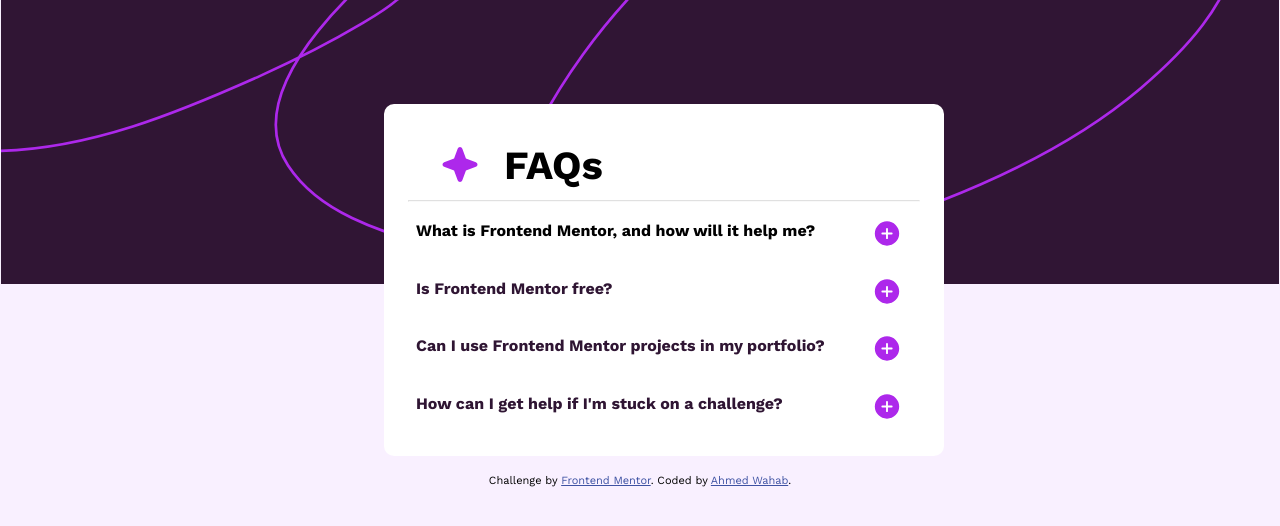
Repository: imokha01/accordion-main
Page: index.html
The author's editor kept a copy of each file at every save. The page is drawn from the files as they stood at one save, then again after the next save.
The browser window is 1280 px wide. The pictures show the whole page.
The pointer rests on the first visible `.title p`.

Above is the page before, as saved 2023-12-27 23:54:35.

### index.html
<!DOCTYPE html>
<html lang="en">
  <head>
    <meta charset="UTF-8" />
    <meta name="viewport" content="width=device-width, initial-scale=1.0" />
    <!-- displays site properly based on user's device -->
    <link rel="stylesheet" href="./index.css">
    <link
      rel="stylesheet"
      href="https://cdnjs.cloudflare.com/ajax/libs/font-awesome/6.5.1/css/all.min.css"
      integrity="sha512-DTOQO9RWCH3ppGqcWaEA1BIZOC6xxalwEsw9c2QQeAIftl+Vegovlnee1c9QX4TctnWMn13TZye+giMm8e2LwA=="
      crossorigin="anonymous"
      referrerpolicy="no-referrer"
    />
    <link
      rel="icon"
      type="image/png"
      sizes="32x32"
      href="./assets/images/favicon-32x32.png"
    />
    <link rel="preconnect" href="https://fonts.googleapis.com" />
    <link rel="preconnect" href="https://fonts.gstatic.com" crossorigin />
    <link
      href="https://fonts.googleapis.com/css2?family=Work+Sans:wght@400;600;700&display=swap"
      rel="stylesheet"
    />
    <title>Frontend Mentor | FAQ accordion</title>
    <!-- Feel free to remove these styles or customise in your own stylesheet 👍 -->
    <style>
      .attribution {
        font-size: 11px;
        text-align: center;
        margin-top: 1rem;
      }
      .attribution a {
        color: hsl(228, 45%, 44%);
      }
    </style>
  </head>
  <body>
    <div class="container">
      <div class="wrapper">
        <!-- first div content -->
        <main>
          <div id="header">
            <img src="./assets/images/icon-star.svg" alt="star-icon">
            <p id="headerpara">FAQs</p>
          </div>
          <hr>
          <div class="Div" id="div1">
            <div class="title">
              <p class="question">What is Frontend Mentor, and how will it help me?</p>
            </div>
            <div class="para">
              <p id="para1">
                Frontend Mentor offers realistic coding challenges to help developers
                improve their frontend coding skills with projects in HTML, CSS, and
                JavaScript. It's suitable for all levels and ideal for portfolio
                building.
              </p>
            </div>
          </div>
          <!-- second div content -->
          <div class="Div" id="div2">
            <div class="title">
              <p class="question">Is Frontend Mentor free?</p>
            </div>
            <div class="para">
              <p id="para2">
                Yes, Frontend Mentor offers both free and premium coding challenges,
                with the free option providing access to a range of projects suitable
                for all skill levels.
              </p>
            </div>
          </div>
          <!-- third div content -->
          <div class="Div" id="div3">
            <div class="title">
              <p class="question">Can I use Frontend Mentor projects in my portfolio?</p>
            </div>
            <div class="para">
              <p id="para3">
                Yes, you can use projects completed on Frontend Mentor in your
                portfolio. It's an excellent way to showcase your skills to potential
                employers!
              </p>
            </div>
          </div>
          <!-- fourth div content -->
          <div class="Div" id="div4">
            <div class="title">
              <p class="question">How can I get help if I'm stuck on a challenge?</p>
            </div>
            <div class="para">
              <p id="para4">
                The best place to get help is inside Frontend Mentor's Discord
                community. There's a help channel where you can ask questions and seek
                support from other community members.
              </p>
            </div>
          </div>
        </main>
        <!-- footer div -->
        <div class="attribution">
          Challenge by
          <a href="https://www.frontendmentor.io?ref=challenge" target="_blank"
            >Frontend Mentor</a
          >. Coded by <a href="#">Ahmed Wahab</a>.
        </div>
      </div>
    </div>
    <script src="./index.js"></script>
  </body>
</html>

### index.css
:root {
    --White: hsl(0, 0%, 100%);
    --lightPink: hsl(275, 100%, 97%);
    --grayishPurple: hsl(292, 16%, 49%);
    --darkPurple:  hsl(292, 42%, 14%);
    --workSans: 'Work Sans', sans-serif;
}

* {
    margin: 0;
    padding:0;
    box-sizing: border-box;
}

body {
    font-size: 16px;
    font-family: var(--workSans);
    background-color: var(--lightPink);
    position: relative;
    line-height: 1.6;
}

.container  {
    background-image: url("./assets/images/background-pattern-desktop.svg");
    background-repeat: no-repeat;
    background-size: contain;
    display: flex;
    flex-direction: column;
    justify-content: center;
    align-items: center;
    overflow: hidden;
}

hr {
    background-color: var(--lightPink);
    margin-top: .7rem;
    opacity: 0.3;
}

.wrapper {
    width: 35rem;
    padding: 1.5rem;
    left: 30rem;
    border-radius: 10px;
    transition: height 0.5s ease-in 1ms;
}

main  {
    background-color: #fff;
    border-radius: 10px;
    padding: inherit;
    width: inherit;
    overflow: hidden;
    margin-top: 5rem;
    transition: height 0.5s ease-in 1ms;
    overflow: hidden;
}

#headerpara {
    font-size: 2.5rem;
    font-weight: 700;
    margin : -.6rem 1.5rem;

}

#header > img{
    padding-left: 2rem;
}

div#header {
    display: flex;
    flex-direction: row;
    justify-content: flex-start;
    align-items: flex-start;
    width: 10rem;
    margin-top: 1rem;
}

.Div {
    display: flex;
    flex-direction: column;
    justify-content: space-between ;
    padding: 1rem .5rem;
    height: fit-content;
    transition: height 0.5s ease-in;

}

.title {
    display: flex;;
    justify-content: space-between;
}

.Div div  img {
    cursor: pointer;
}

.title p {
    font-weight: 700;
    color: var(--darkPurple);
    cursor: pointer;
}

.para {
    color: var(--grayishPurple);
    margin-top: 1.2rem;
    transition: height 0.5s ease-in 1s;
    overflow: hidden;
    display: none;
}

.title{
    position: relative;
    width: 90%;

}

.title p:hover {
    color: var(--g);
}

.title::after{
    content:  url(./assets/images/icon-plus.svg);
    position: absolute;
    right: -40px;
}

.active::after{
    content: url(./assets/images/icon-minus.svg);
    right: -40px;

}

.active, .question:hover {
    content: "";
}

@media (max-width: 768px){
    .container {
        background-image: url(./assets/images/background-pattern-mobile.svg);
        margin: 0;
    }

    .wrapper, main {
        width: 100%;
        margin: 3rem -.1rem ;
    }

    .title {
        width: 14rem;
    }

    .title::after,
    .active::after {
        right: -3.2rem;
    }


    .para {
        font-size: .85rem;
    }

    #header > img{
        padding-left: 1rem;
        width: 3rem;
    }

    #headerpara {
        font-size: 2.2rem;
        font-weight: 700;


    }

}

### index.js
// const answer = document.getElementsByClassName("para");
const question = document.getElementsByClassName("title");

for (let i = 0; i < question.length; i++ ) {
    question[i].addEventListener("click", function(){
        this.classList.toggle("active");
        let active = this.addEventListener.nextElementSibling;
        let para = this.nextElementSibling;
        if(para.style.display === "block"){
            para.style.display = "none";
        } else {
            para.style.display = "block";
        }
    });
}





// var acc = document.getElementsByClassName("accordion");
// var i;

// for (i = 0; i < acc.length; i++) {
//   acc[i].addEventListener("click", function() {
//     /* Toggle between adding and removing the "active" class,
//     to highlight the button that controls the panel */
//     this.classList.toggle("active");

//     /* Toggle between hiding and showing the active panel */
//     var panel = this.nextElementSibling;
//     if (panel.style.display === "block") {
//       panel.style.display = "none";
//     } else {
//       panel.style.display = "block";
//     }
//   });
// }

After the next save:
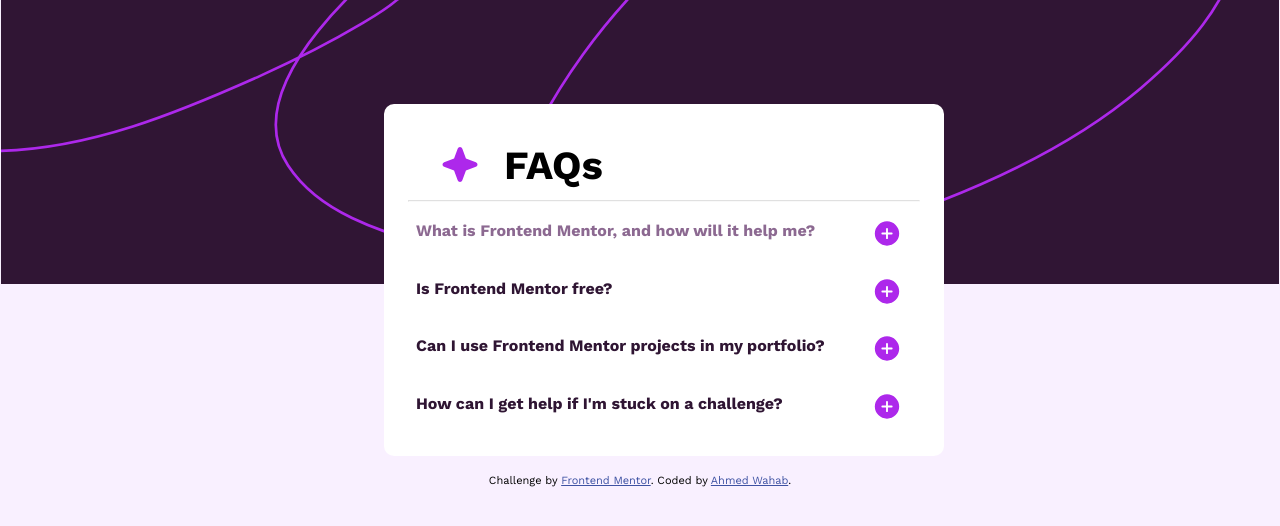
Saved 13 s later.
--- a/index.css
+++ b/index.css
@@ -116,7 +116,7 @@
 }
 
 .title p:hover {
-    color: var(--g);
+    color: var(--grayishPurple);
 }
 
 .title::after{
